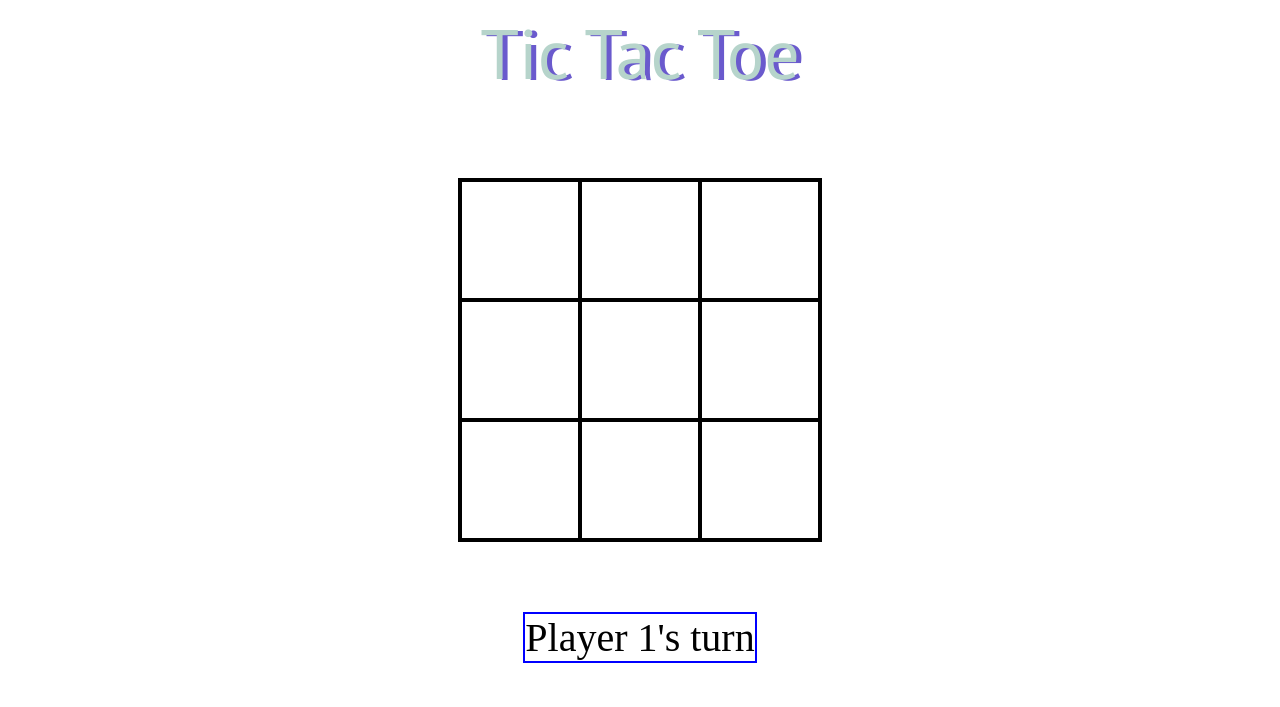
Repository: chin9/TicTacToe
Page: index.html
An editor plug-in stored every save of this project. The page is shown before and after the next save, followed by the edit.
The browser window is 1280 px wide. The pictures show the whole page.

Above is the page before, as saved 2021-05-15 21:00:11.

### index.html
<head>
    <link rel='stylesheet' href='style.css'>
</head>

<title> TicTacToe</title>

<header>Tic Tac Toe</header>


<body>
    <div class='board'>

        <div class='grid' id='0'>

        </div>

        <div class='grid' id='1'>

        </div>

        <div class='grid' id='2'>

        </div>

        <div class='grid' id='3'>

        </div>

        <div class='grid' id='4'>

        </div>

        <div class='grid' id='5'>

        </div>

        <div class='grid' id='6'>

        </div>

        <div class='grid' id='7'>

        </div>

        <div class='grid' id='8'>

        </div>

    </div>

    <div class='status' id='status'>
        Player 1's turn
    </div>
</body>

<script src='script.js'></script>

### style.css
@import url('https://fonts.googleapis.com/css2?family=PT+Sans&display=swap');


header{
    font-family: 'PT Sans', sans-serif;
    font-size: 70px;
    color: rgb(182, 212, 203);
    text-shadow: 5px 1px slateblue;
    text-align: center;
}

body{
    display: flex;
    flex-direction: column;
    align-items: center;

}

.board{
    height: 50vh;
    width: 50vh;

    position: relative;
    top: 80px;

    display: grid;
    grid-template-columns: 1fr 1fr 1fr;
    grid-template-rows: 1fr 1fr 1fr;

    border: 2px black solid;
}

.grid{
    border: 2px black solid;

    font-size: 50px;
    text-align: center;
    padding-top: 30px;


}

.status{
    position: relative;
    top: 150px;

    font-size: 40px;

    border: 2px blue solid;
}

### script.js


const gameboard = (() => {

    // 0: blank; 'O': circle; 'X': cross
    var grids = [0, 0, 0,
                 0, 0, 0,
                 0, 0, 0];

    function renderBoard() {

        for (let i = 0; i < 9; i++) {
            const grid = document.getElementById(`${i}`);
            if (grids[i] == 'O') {
                grid.textContent = 'O';
            } else if (grids[i] == 'X') {
                grid.textContent = 'X';
            } else {
                grid.textContent = '';
            }

        }

    };


    return {renderBoard};


})();


gameboard.renderBoard();

const player = (sign) => {

}

const player1 = player('O');
const player2 = player('X');

After the next save:
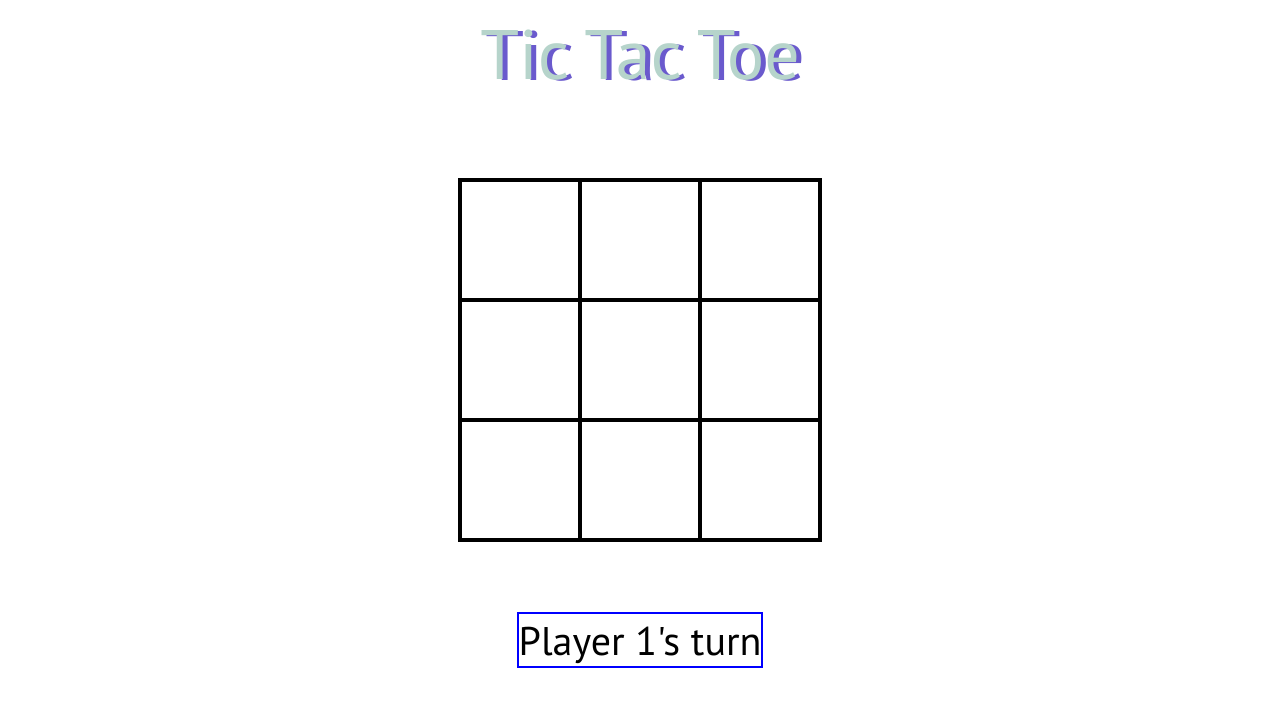
Saved 37 s later.
--- a/style.css
+++ b/style.css
@@ -45,6 +45,8 @@ body{
     top: 150px;
 
     font-size: 40px;
+    font-family: 'PT Sans', sans-serif;
+
 
     border: 2px blue solid;
 }
